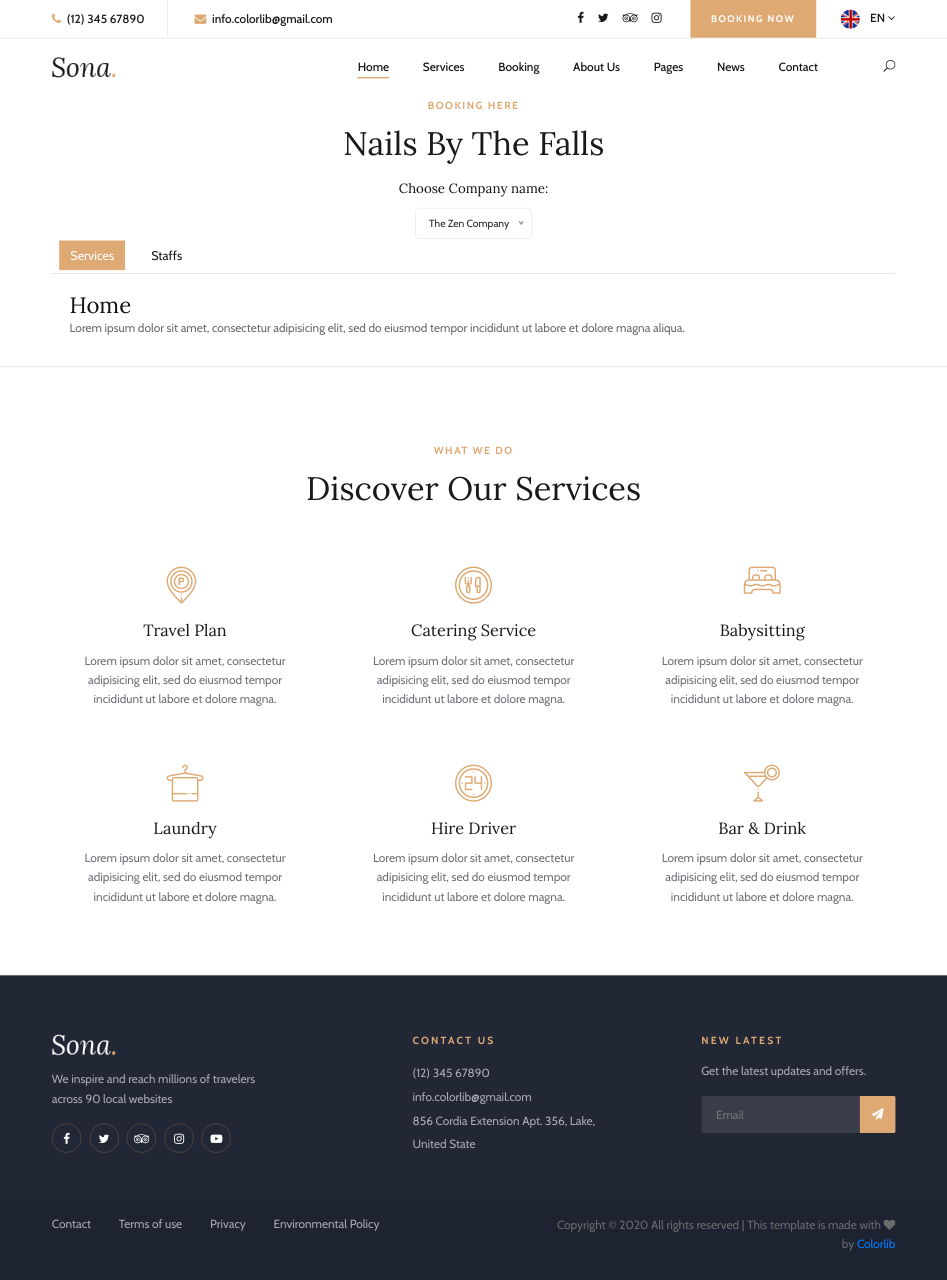
Repository: KeriBoss/Booking_Spa
Page: booking.html
An editor plug-in stored every save of this project. The page is shown before and after the next save, followed by the edit.
The browser window is 1280 px wide. The pictures show the whole page, at 74% of full size.

Above is the page before, as saved 2023-05-19 16:08:21.

After the next save:
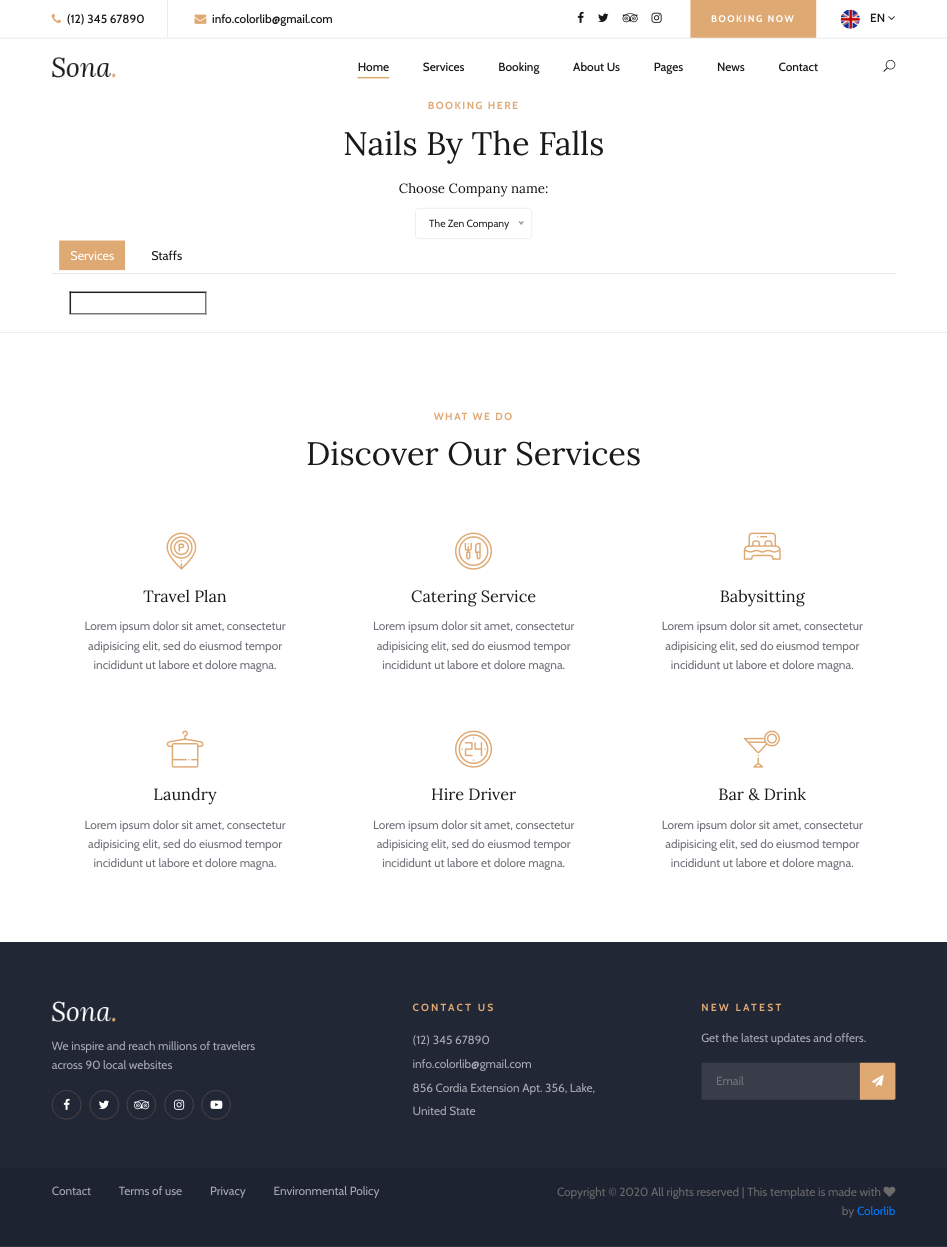
Saved 32 s later.
--- a/booking.html
+++ b/booking.html
@@ -200,9 +200,9 @@
 
                         <div class="tab-content p-4">
                             <div id="home" class="tab-pane fade show active">
-                                <h3>Home</h3>
-                                <p>Lorem ipsum dolor sit amet, consectetur adipisicing elit, sed do eiusmod tempor
-                                    incididunt ut labore et dolore magna aliqua.</p>
+                                <form action="">
+                                    <input type="search" name="" id="">
+                                </form>
                             </div>
 
                             <div id="menu1" class="tab-pane fade">
